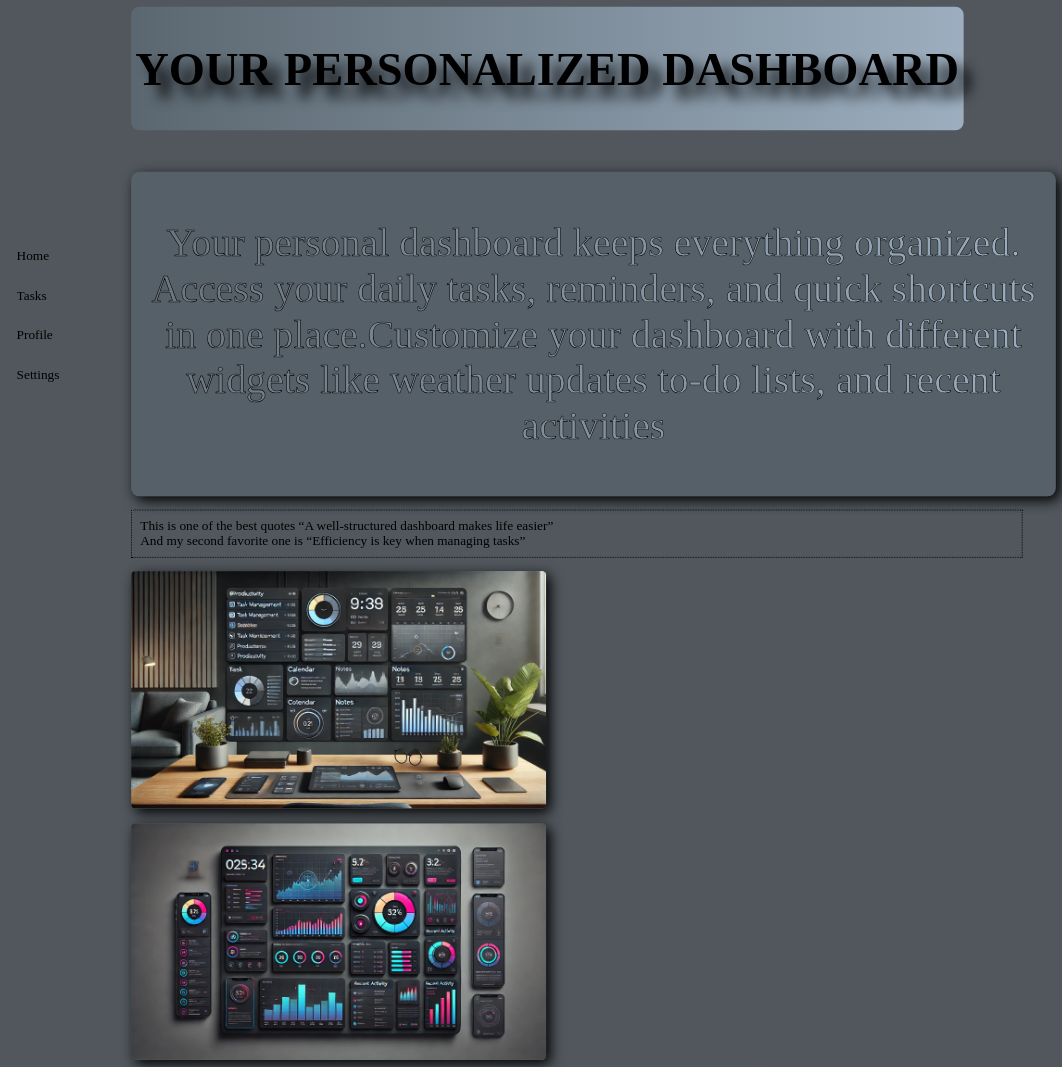
Repository: Parnicoza/testecomplete
Page: testcomplet-14.html
These files come from the project's save history. The page is drawn as it stood at one moment and after the next save; the edit follows.
The browser window is 1280 px wide. The pictures show the whole page, at 83% of full size.

Above is the page before, as saved 2025-02-26 15:44:07.

After the next save:
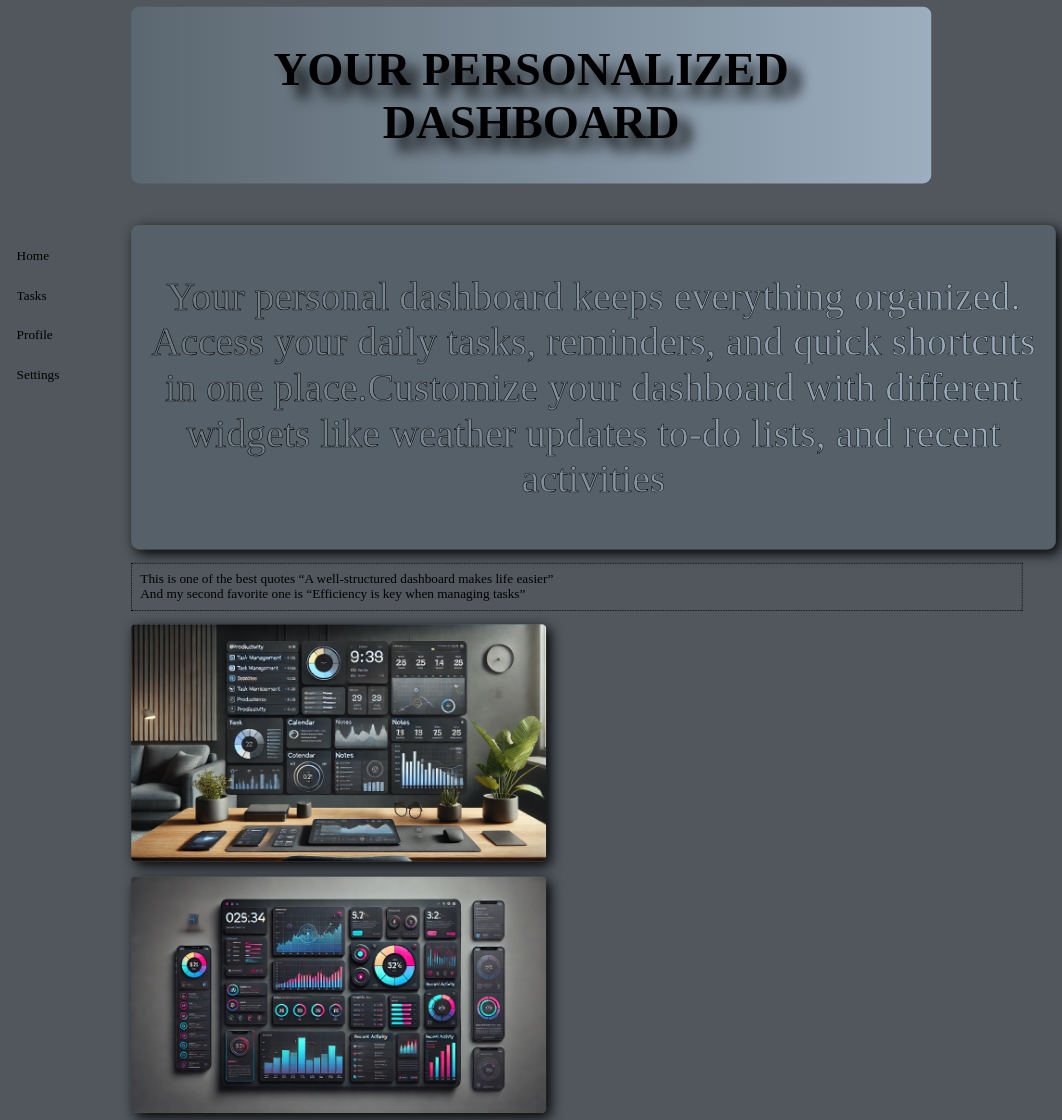
Saved 13 s later.
--- a/stilizaretestcomplet-14.css
+++ b/stilizaretestcomplet-14.css
@@ -17,7 +17,7 @@
     padding: 5px;
     border-radius: 10px;
     margin-left: 150px;
-    margin-right: auto;
+    margin-right: 150px;
 }
 
 .thesamebackground{

After the save that followed:
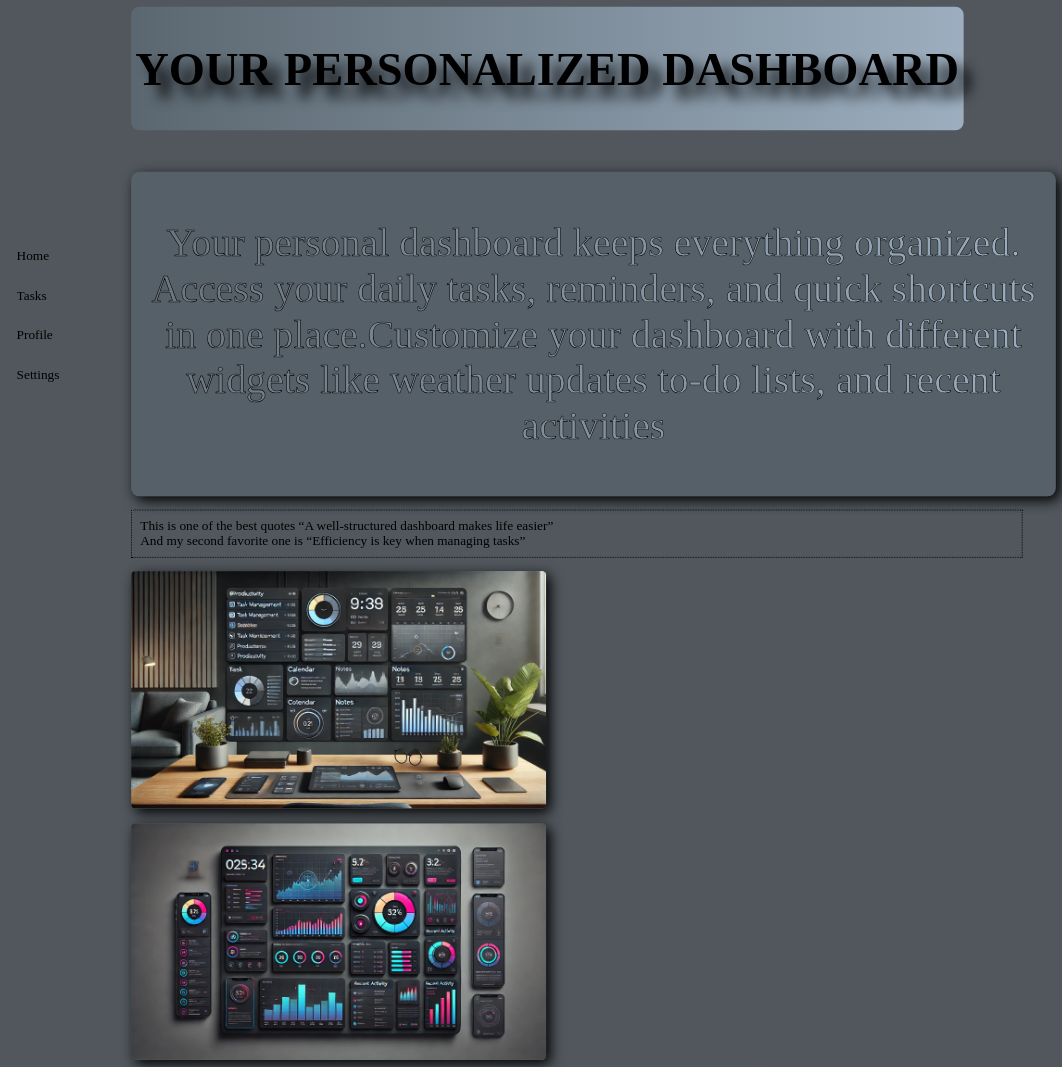
Saved 112 s later.
--- a/stilizaretestcomplet-14.css
+++ b/stilizaretestcomplet-14.css
@@ -17,7 +17,6 @@
     padding: 5px;
     border-radius: 10px;
     margin-left: 150px;
-    margin-right: 150px;
 }
 
 .thesamebackground{
